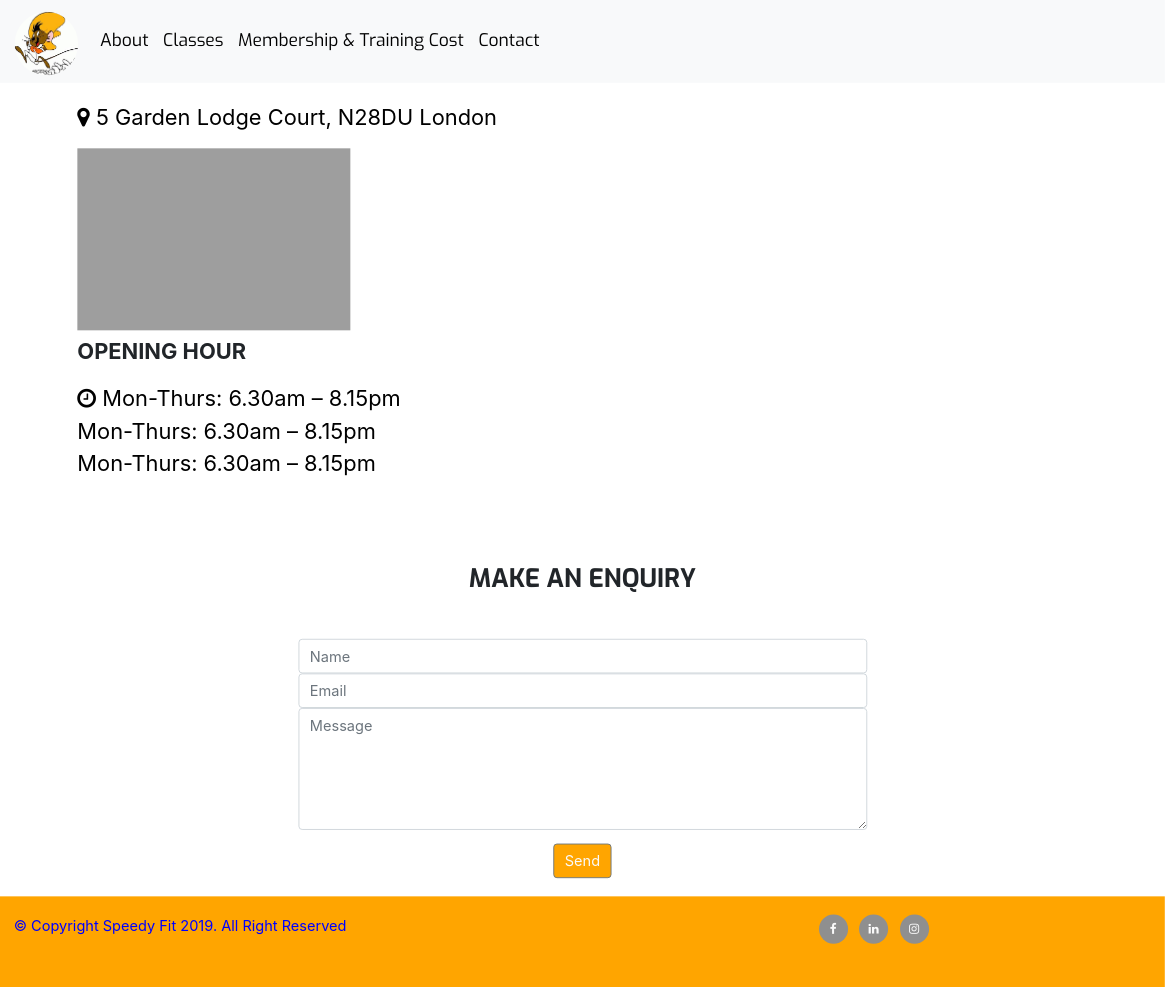
Repository: marcomoreschi/Milestrone-project
Page: contact.html
The author's editor kept a record of every edit. The page is drawn from the files as they stood at one moment, then again after the next edit.
The browser window is 1280 px wide. The pictures show the whole page, at 91% of full size.
Pictures or frames that could not be fetched are drawn as grey boxes. Some web libraries are served in a nearby version.

Above is the page before.

### contact.html
<!DOCTYPE html>
<html lang="en">

<head>
    <meta charset="UTF-8">
    <meta name="viewport" content="width=device-width, initial-scale=1.0">
    <meta http-equiv="X-UA-Compatible" content="ie=edge">
    <link rel="stylesheet" href="https://maxcdn.bootstrapcdn.com/bootstrap/4.2.1/css/bootstrap.min.css" type="text/css" />
    <link rel="stylesheet" href="https://maxcdn.bootstrapcdn.com/font-awesome/4.7.0/css/font-awesome.min.css" type="text/css" />
    <link rel="stylesheet" href="https://cdnjs.cloudflare.com/ajax/libs/hover.css/2.1.1/css/hover-min.css" type="text/css" />
    <link rel="stylesheet" href="assets/css/style.css">
    <title>Speedy Fit</title>
</head>

<body>

    <header>

        <nav class="navbar navbar-expand-lg navbar-light bg-light">
            <a class="navbar-brand" href="index.html">
      <img src="assets/images/logo.jpg"></img>
        </a>
            <button class="navbar-toggler" type="button" data-toggle="collapse" data-target="#navbarNavDropdown" aria-controls="navbarNavDropdown" aria-expanded="false" aria-label="Toggle navigation">
    <span class="navbar-toggler-icon"></span>
  </button>
            <div class="collapse navbar-collapse" id="navbarNavDropdown">
                <ul class="navbar-nav">
                    <li class="nav-item active">
                        <a class="nav-link" href="index.html">About<span class="sr-only">(current)</span></a>
                    </li>
                    <li class="nav-item">
                        <a class="nav-link" href="classes.html">Classes</a>
                    </li>
                    <li class="nav-item">
                        <a class="nav-link" href="membership&trainingcost.html">Membership & Training Cost</a>
                    </li>
                    <li class="nav-item">
                        <a class="nav-link" href="contact.html">Contact</a>
                    </li>
                </ul>
            </div>
        </nav>

    </header>

    <section class="container location-gym">
        <p> <i class="fa fa-map-marker" aria-hidden="true"></i> 5 Garden Lodge Court, N28DU London</p>

<!-- Link Google Maps -->
<div class="mapouter"><div class="gmap_canvas"><iframe width="300" height="200" id="gmap_canvas" src="https://maps.google.com/maps?q=east%20finchley&t=&z=13&ie=UTF8&iwloc=&output=embed" frameborder="0" scrolling="no" marginheight="0" marginwidth="0"></iframe><a href="https://www.embedgooglemap.net/blog/torguard-promo-code/"></a></div>
<style>.mapouter{ position:relative; text-align:right;height:200px;width:300px;}
.gmap_canvas {overflow:hidden;background:none!important;height:200px;width:300px;}</style></div>
    </section>

    <section class="container opening-hour">
        <h4>opening hour</h4>
        <p><i class="fa fa-clock-o" aria-hidden="true"></i> Mon-Thurs: 6.30am – 8.15pm <br>Mon-Thurs: 6.30am – 8.15pm <br> Mon-Thurs: 6.30am – 8.15pm</p>

    </section>
    <section class="container-fluid">
        <div class="row bg-color-contact">
            <div class="col">
                <h3 class="contact-heading">Make an enquiry</h3>

                <div class="center-form">
                    <form>
                        <input type="text" name="name" id="fullname" class="form-control" placeholder="Name" required />
                        <input type="email" name="email" id="fullname" class="form-control" placeholder="Email" required />
                        <textarea rows="5" type="email" name="message" id="message" class="form-control" placeholder="Message" required></textarea>
                        <div class="form-row text-center">
                            <div class="col">
                                <button type="submit" class="btn btn-secondary">Send</button>
                            </div>
                        </div>
                    </form>
                </div>
            </div>
        </div>
    </section>

    <footer class="container-fluid ">
        <div id="footer-details " class="row ">
            <div class="col-sm-6 ">
                <p class="copyright">&#169; Copyright Speedy Fit 2019. All Right Reserved</p>
            </div>
            <div class="col-sm-6 ">
                <ul class="list-inline social-links ">
                    <li class="list-inline-item ">
                        <a target="_blank " href="# ">
                            <i class="fa fa-facebook " aria-hidden="true "></i>
                            <span class="sr-only ">Facebook</span>
                        </a>
                    </li>
                    <li class="list-inline-item ">
                        <a target="_blank " href="#">
                            <i class="fa fa-linkedin " aria-hidden="true "></i>
                            <span class="sr-only ">LinkedIn</span>
                        </a>
                    </li>
                    <li class="list-inline-item ">
                        <a target="_blank " href="# ">
                            <i class="fa fa-instagram " aria-hidden="true "></i>
                            <span class="sr-only ">Instagram</span>
                        </a>
                    </li>
                </ul>
            </div>
        </div>
        </div>
        </div>
    </footer>


    <!-- Bootstraps Link -->
<script src="https://code.jquery.com/jquery-3.3.1.slim.min.js" integrity="sha384-q8i/X+965DzO0rT7abK41JStQIAqVgRVzpbzo5smXKp4YfRvH+8abtTE1Pi6jizo" crossorigin="anonymous"></script>
<script src="https://cdnjs.cloudflare.com/ajax/libs/popper.js/1.14.6/umd/popper.min.js" integrity="sha384-wHAiFfRlMFy6i5SRaxvfOCifBUQy1xHdJ/yoi7FRNXMRBu5WHdZYu1hA6ZOblgut" crossorigin="anonymous"></script>
<script src="https://stackpath.bootstrapcdn.com/bootstrap/4.2.1/js/bootstrap.min.js" integrity="sha384-B0UglyR+jN6CkvvICOB2joaf5I4l3gm9GU6Hc1og6Ls7i6U/mkkaduKaBhlAXv9k" crossorigin="anonymous"></script>

</body>

</html>

### assets/css/style.css
@import url('https://fonts.googleapis.com/css?family=Roboto:100,200,300,400,500,600,700|Exo:100,200,300,400,500,600,700');


/* -----------------------------------------Heading */

.navbar {
    margin-bottom: 0;
    border: 0;
    background-color: black;
    text-align: center;
}

.navbar-brand {
    height: 75px;
}

.navbar-brand img {
    width: 70px;
    height: 70px;
    border-radius: 50%;
}

.nav-item a {
    font-size: 1.2em;
    font-family: 'Exo', sans-serif;
    color: black !important;
}

.navbar ul li a:hover {
    color: #ffa500 !important;
    transition: all 0.35s ease-in-out;
    -moz-transition: all 0.35s ease-in-out;
    -webkit-transition: all 0.35s ease-in-out;
    -o-transition: all 0.35s ease-in-out;
}

/* -----------------------------------------About */

.rope {
    width: 100%;
    height: 600px;
}

.container h2 {
    text-align: center;
    padding-top: 30px;
    color: #000;
    text-transform: uppercase;
}

.container p {
    text-align: center;
    padding-bottom: 50px;
    color: #000;
    font-size: 1.5em;
}
/* -----------------------------------------Contact Form */

.opening-hour p {
    text-align: left;
    padding-top: 10px;
}

.opening-hour h4 {
    text-transform: uppercase;
    font-weight: bold;
    padding-top: 10px;
}

.mapouter {
    margin-top: -50px;
}

.location-gym p {
    text-align: left;
    padding-top: 20px;
}

.container-fluid h3 {
    text-transform: uppercase;
    font-weight: bold;
    text-align: center;
}
.contact-heading {
    font-family: "Exo", sans-serif;
    font-weight: 300;
    margin-top: 25px;
    margin-bottom: 20px;
}

.center-form {
    padding-top: 20px;
    margin: 0 auto;
    max-width: 70%;
}

button[type="submit"] {
    margin-top: 15px;
    margin-bottom: 20px;
    color: #fafafa;
    background-color: #ffa500;
}

/* create media queries so it look good on mobilephone */
@media(min-width: 992px) {
    .center-form {
        padding-top: 30px;
        min-height: 240px;
        margin: 0 auto;
        max-width: 50%;
    }
}

/* -----------------------------------------Footer */

footer {
    background-color: #ffa500;
    color: #fafafa;
    min-height: 100px;
    margin: 0;
}

.social-links {
    padding-top: 20px;
    text-align: center;
}

.social-links li a i {
    width: 32px;
    height: 32px;
    padding: 12px 0;
    border-radius: 50%;
    font-size: 13px;
    line-height: 7px;
    text-align: center;
    color: #fafafa;
    background: #8f8f8f;
    transition: all 0.35s ease-in-out;
    -moz-transition: all 0.35s ease-in-out;
    -webkit-transition: all 0.35s ease-in-out;
    -o-transition: all 0.35s ease-in-out;
}

.social-links li a i:hover {
    background: #e84610;
}

.copyright {
    color: blue;
    padding-top: 20px;
}

After the next edit:
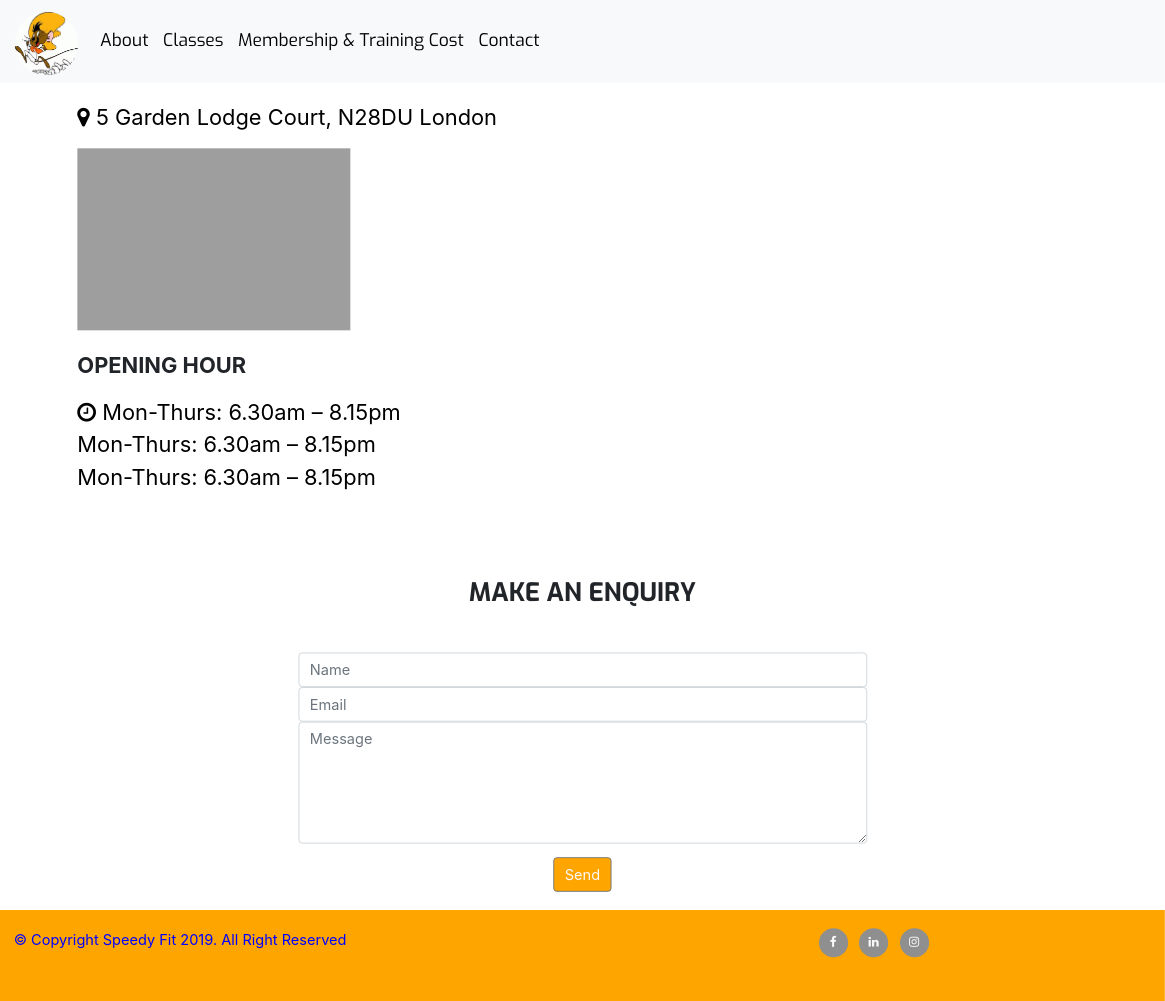
The edit:
--- a/assets/css/style.css
+++ b/assets/css/style.css
@@ -64,7 +64,7 @@
 .opening-hour h4 {
     text-transform: uppercase;
     font-weight: bold;
-    padding-top: 10px;
+    padding-top: 25px;
 }
 
 .mapouter {
